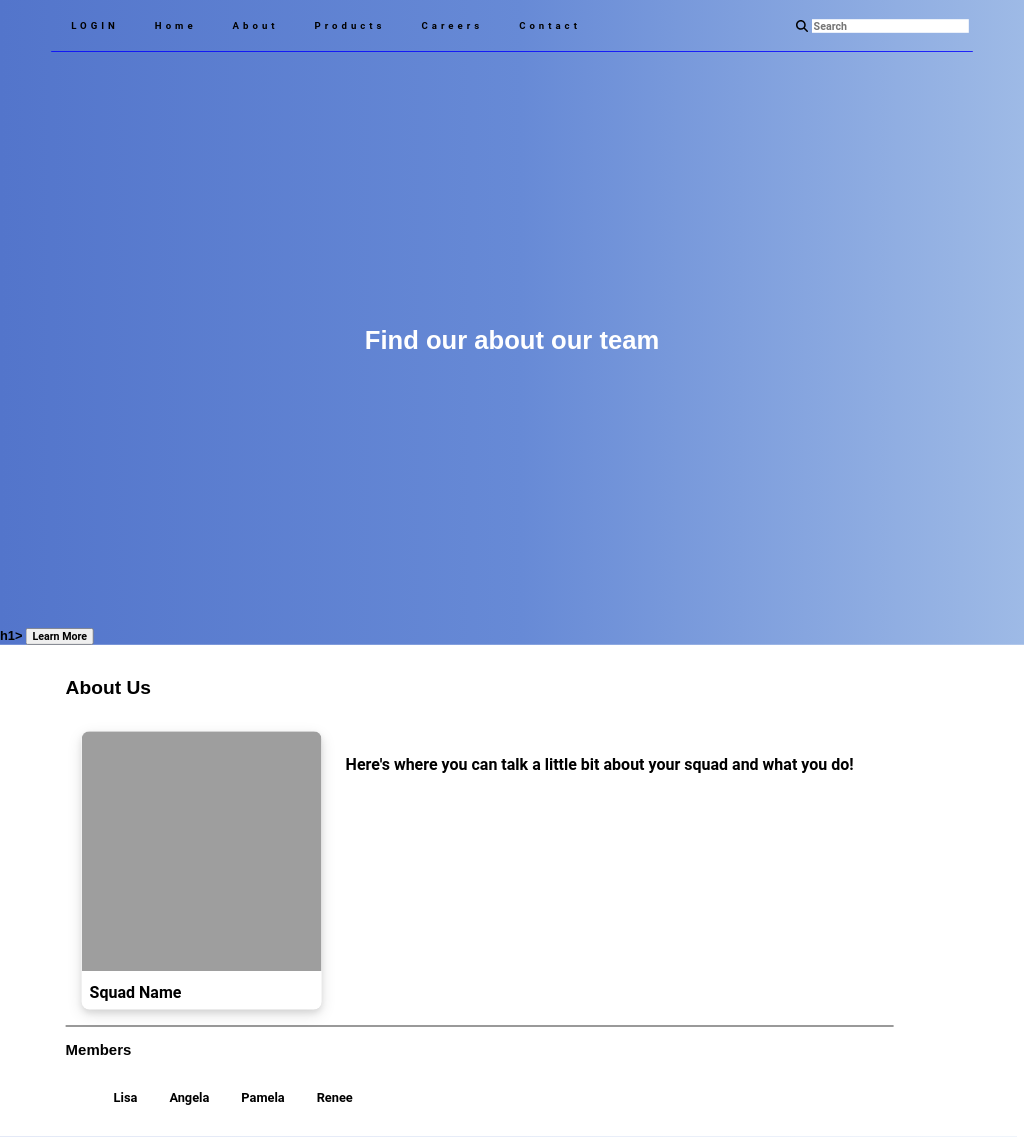
Repository: 365dayschallenge/interface_uniliver
Page: careers.html
An editor plug-in stored every save of this project. The page is shown before and after the next save, followed by the edit.
The browser window is 1280 px wide. The pictures show the whole page, at 80% of full size.
Pictures or frames that could not be fetched are drawn as grey boxes. Some web fonts or font styles are not loaded; a fallback is used.

Above is the page before, as saved 2022-12-19 15:16:45.

### careers.html
<!DOCTYPE html>
<!DOCTYPE html>
<html>
<head>
<title>Careers</title>
<meta charset="UTF-8">
<meta name="viewport" content="width=device-width, initial-scale=1">
<link rel="stylesheet" href="./css/careers.css">
<link rel="stylesheet" href="./styles.css">
</head>
 <body>
     <nav class="navbar">
      <ul class="nav-list">
        <li><a class="nav-links" href="./login.html">LOGIN</a></li>
        <li><a class="nav-links" href="./index.html">Home</a></li>
        <li><a class="nav-links" href="./about.html">About</a></li>
        <li><a class="nav-links" href="./product.html">Products</a></li>
        <li><a class="nav-links" href="./careers.html">Careers</a></li>
        <li><a class="nav-links" href="./contact.html">Contact</a></li>
      </ul>
      <div class="nav-search">
        <svg
          height="15"
          xmlns="http://www.w3.org/2000/svg"
          viewBox="0 0 512 512"
        >
          <!--! Font Awesome Pro 6.2.1 by @fontawesome - https://fontawesome.com License - https://fontawesome.com/license (Commercial License) Copyright 2022 Fonticons, Inc. -->
          <path
            d="M416 208c0 45.9-14.9 88.3-40 122.7L502.6 457.4c12.5 12.5 12.5 32.8 0 45.3s-32.8 12.5-45.3 0L330.7 376c-34.4 25.2-76.8 40-122.7 40C93.1 416 0 322.9 0 208S93.1 0 208 0S416 93.1 416 208zM208 352c79.5 0 144-64.5 144-144s-64.5-144-144-144S64 128.5 64 208s64.5 144 144 144z"
          />
        </svg>
        <input class="search" type="text" placeholder="Search" />
      </div>
    </nav>
    <header>
      <h1>Find our about our team</header>h1>
      <a href="#about-us"><button>Learn More</button></a>
    </header>
    <section class="about" id="about-us">
      <div class="container">
        <h2>About Us</h2>
        <div class="info-boxes">
          <div class="squad-info">
            <!-- Replace this image with your squad photo -->
            <div class="profile">
              <img src="https://placekitten.com/300" alt="kitten" />
              <p>Squad Name</p>
            </div>

            <div class="squad-description">
              <p>
                Here's where you can talk a little bit about your squad and what
                you do!
              </p>
            </div>
          </div>
        </div>
        <div class="info-boxes">
          <div class="member-list">
            <h3>Members</h3>
            <ul>
              <li>Lisa</li>
              <li>Angela</li>
              <li>Pamela</li>
              <li>Renee</li>
            </ul>
          </div>
        </div>
      </div>
    </section>

  </body>
</html>

### css/careers.css
@font-face {
  font-family: 'Poppins';
  font-style: normal;
  font-weight: 400;
  font-display: swap;
  src: local('Poppins Regular'), local('Poppins-Regular'), url(https://fonts.gstatic.com/s/poppins/v6/pxiEyp8kv8JHgFVrJJfedw.ttf) format('truetype');
}
@font-face {
  font-family: 'Rubik';
  font-style: normal;
  font-weight: 400;
  font-display: swap;
  src: local('Rubik'), local('Rubik-Regular'), url(https://fonts.gstatic.com/s/rubik/v8/iJWKBXyIfDnIV7nBrXk.ttf) format('truetype');
}
html {
  font-size: 62.5%;
}
body {
  font-family: "Rubik", sans-serif;
  font-size: 1.6rem;
  background: #5375cb;
  background: linear-gradient(90deg, #5375cb 0%, #678ad6 51%, #9ebae6 100%);
  margin: 0;
}
h1,
h2,
h3,
h4,
h5,
h6 {
  font-family: "Poppins", sans-serif;
}
nav {
  display: flex;
  flex-direction: row;
  justify-content: flex-end;
  flex-wrap: wrap;
  width: 90%;
  margin: auto;
}
nav a {
  margin: 1rem;
  color: white;
  font-size: 1.8rem;
}
header {
  height: 100vh;
  display: flex;
  flex-direction: column;
  justify-content: center;
  flex-wrap: wrap;
  align-items: center;
}
header h1 {
  color: white;
  text-align: center;
  margin: 2rem auto;
}
header button {
  font-size: 2rem;
  border-radius: 1rem;
  cursor: pointer;
  padding: 2rem;
  outline: 0;
}
section {
  padding: 2rem;
  background-color: white;
}
section .container {
  width: 90%;
  margin: auto;
}
section .container h2 {
  margin: 2rem 0;
}
section .container .info-boxes .squad-info {
  display: flex;
  flex-direction: row;
  justify-content: center;
  flex-wrap: wrap;
  border-bottom: 1px solid black;
  padding: 2rem;
}
section .container .info-boxes .squad-info p {
  font-size: 2rem;
  margin: 1rem;
}
section .container .info-boxes .squad-info img {
  border-top-right-radius: 1rem;
  border-top-left-radius: 1rem;
}
section .container .info-boxes .squad-info .squad-description {
  margin: 2rem;
}
section .container .info-boxes .squad-info .profile {
  border-radius: 1rem;
  box-shadow: rgba(0, 0, 0, 0.1) 0 4px 8px 0, rgba(0, 0, 0, 0.11) 0 6px 20px 0;
}
section .container .info-boxes .member-list ul {
  display: flex;
  flex-direction: row;
  justify-content: center;
  flex-wrap: wrap;
}
section .container .info-boxes .member-list ul li {
  margin: 2rem;
}
footer .join {
  background-image: linear-gradient(90deg, #5375cb 0%, #678ad6 51%, #9ebae6 100%);
  margin: 0;
  padding: 2rem 0;
  text-align: center;
  width: 100%;
  display: flex;
  flex-direction: row;
  justify-content: center;
  flex-wrap: wrap;
}
footer .join a {
  color: white;
  font-size: 2.1rem;
}
footer .join img {
  margin: 0 2rem;
}

### styles.css
* {
  font-family: "Roboto", sans-serif;
  font-weight: 600;
}
.navbar {
  border: 0;
  border-radius: 0;
  justify-content: space-between;
  align-items: center;
  margin-bottom: 0;
  border-bottom: 1px solid blue;
  display: flex;
}
.nav-list {
  display: flex;
  list-style: none;
  margin: 0;
  flex-wrap: wrap;
  padding: 0;
}
.nav-links {
  font-size: 12px;
  padding: 15px;
  letter-spacing: 5px;
  margin-right: 5px;
  font-size: 12px;
  letter-spacing: 5px;

  display: flex;
}
ul {
  list-style: none;
  margin: 0;
  flex-wrap: wrap;
}
a {
  text-decoration: none;
  color: #000;
}

.nav-search {
  display: flex;
  align-items: center;
  justify-content: center;
  margin-right: 5px;
}
.nav-links:hover {
  background-color: gray;
  color: white;
}
.search {
  outline: none;
  border: none;
  margin-left: 5px;
}
.search:focus {
  border: 1px solid blue;
}

.banner {
  background: rgb(163, 163, 223);
  background: linear-gradient(
    90deg,
    rgba(163, 163, 223, 1) 26%,
    rgba(0, 212, 255, 1) 29%,
    rgba(144, 138, 255, 1) 77%
  );
  color: #fff;
  display: flex;
}
.banner-details {
  display: flex;
  justify-content: center;
  align-items: center;
  padding-right: 50px;
  text-align: justify;
  margin: 0 auto;
}
.banner-text {
  font-size: 20px;
  font-weight: 600;
  letter-spacing: 2px;
  margin: 0;
  padding-left: 10%;
}

.cards {
  margin-top: 10px;
  display: flex;
  width: 100%;
  flex-wrap: wrap;
}
.data-card {
  display: flex;
  flex-direction: column;
  width: 17%;
  color: #cf005c;
  overflow: hidden;
  border-radius: 0.5em;
  text-decoration: none;
  background: white;
  margin: 1em;
  padding: 2.75em 2.5em;
  text-align: right;
  align-items: right;
  box-shadow: 0 1.5em 2.5em -0.5em rgba(#000000, 0.1);
}
.card-icon {
  display: flex;
  flex-direction: col-reverse;
}

.number {
  font-size: 3.5em;
  font-weight: 600;
  text-align: center;
}
.subheading {
  font-size: 1.5em;
  font-weight: 600;
  text-align: center;
  margin-top: -2.5em;
}
.description {
  font-size: 0.8em;
  font-weight: 600;
  margin-top: -1em;
  text-align: center;
}
.specific-card {
  background-color: #cf005c;
  margin: 0.5px;
  color: #fefefe;
  justify-content: center;
  align-items: center;
  padding: 0 1.5rem;
  width: 20%;
}
.specific-card:hover {
  background-color: #f6a6ca;
}

.grid-box {
  display: grid;
  grid-template-columns: auto auto auto;
  padding: 10px;
}
.box-heading {
  font-size: 2.4em;
  font-weight: 600;
  margin: 0;
  color: blue;
  padding-left: 10%;
}

.box-description {
  font-size: 0.9em;
  margin: 0;
  padding-left: 10%;
}
.grid-specific-boxes {
  display: flex;
  flex-direction: column;
  padding: 10px 10px;
  margin: 10px;
}
.grid-specific-boxes:hover {
  background-color: blue;
color: white;
}
.grid-specific-boxes:hover > .box-heading, .box-links{
  color:white;
}
footer {
  display: flex;
  justify-content: space-between;
  margin-bottom: 0;
  background-color: gray;
  padding: 30px;
}
.footer-links {
  display: flex;
  justify-content: space-between;
  align-items: center;
  margin-bottom: 0;
  padding: 0 10%;
}
.btn {
  border: none;
  color: white;
  padding: 15px 32px;
  text-align: center;
  text-decoration: none;
  display: inline-block;
  font-size: 16px;
  margin: 4px 2px;
  cursor: pointer;
}
.footer-a {
  line-height: 2;
  color: white;
}
.footer-text {
  color: white;
  font-size: 12px;
  line-height: 2;
}

.footer-form {
  padding: 10px 15px;
  border-radius: 5px;
  border: 0;
  mergin: 45px;
}
.icons {
  display: flex;
  justify-content: space-between;
  width: 45%;
  margin-top: 10px;
  color: white;
}
.link {
  color: purple;
  padding: 10px 10px;
  margin-left: 30px;
}



.navbar {
    border: 0;
    border-radius: 0;
    justify-content: space-between;
    align-items: center;
    margin-bottom: 0;
    border-bottom: 1px solid blue;
    display: flex;
  }
  .nav-list {
    display: flex;
    list-style: none;
    margin: 0;
    flex-wrap: wrap;
    padding: 0;
  }
  .nav-links {
    font-size: 12px;
    padding: 15px;
    letter-spacing: 5px;
    margin-right: 5px;
    font-size: 12px;
    letter-spacing: 5px;
    text-decoration: none;
    color: #000;
    display: flex;
  }
  a:hover {
    background-color: gray;
    color: white;
  }
  .nav-search {
    display: flex;
    align-items: center;
    justify-content: center;
    margin-right: 5px;
  }
  .nav-links:hover {
    background-color: gray;
    color: white;
  }
  .search {
    outline: none;
    border: none;
    margin-left: 5px;
  }
  .search:focus {
    border: 1px solid blue;
  }

  .container{
    display: flex;
    flex-wrap: wrap;
    justify-content: space-between;
    align-items: center;
    margin: 0 auto;
    width: 100%;
    max-width: 1200px;
  }


  .hero-section{
    display: flex;
    flex-wrap: wrap;
    align-items: center;
    margin: 0 auto;
    margin-top: 10vh;
    color: white;
    width: 100%;
    max-width: 1200px;
  }
  .hero-section img{
    z-index: -1;
  }

  .blue-box{
    background-color: rgb(32, 54, 198);
    margin-right: -5vw;
    z-index: 1;
    padding: 20px;
  }
  .blue-box h1{
    text-decoration: underline;
    font-size: 2.5rem;
    font-weight: 700;
  }

.main-section{
    display: flex;
    flex-direction: row;
}

.main-section-header{
    color: #2036c7;
}
.brands{
    width: 20vw;
    margin: 15px;

}


.brands h4{
    color: #2036c7;
    font-size: 1.2rem;
}
.brands img{
    max-width: 100%;
}

After the next save:
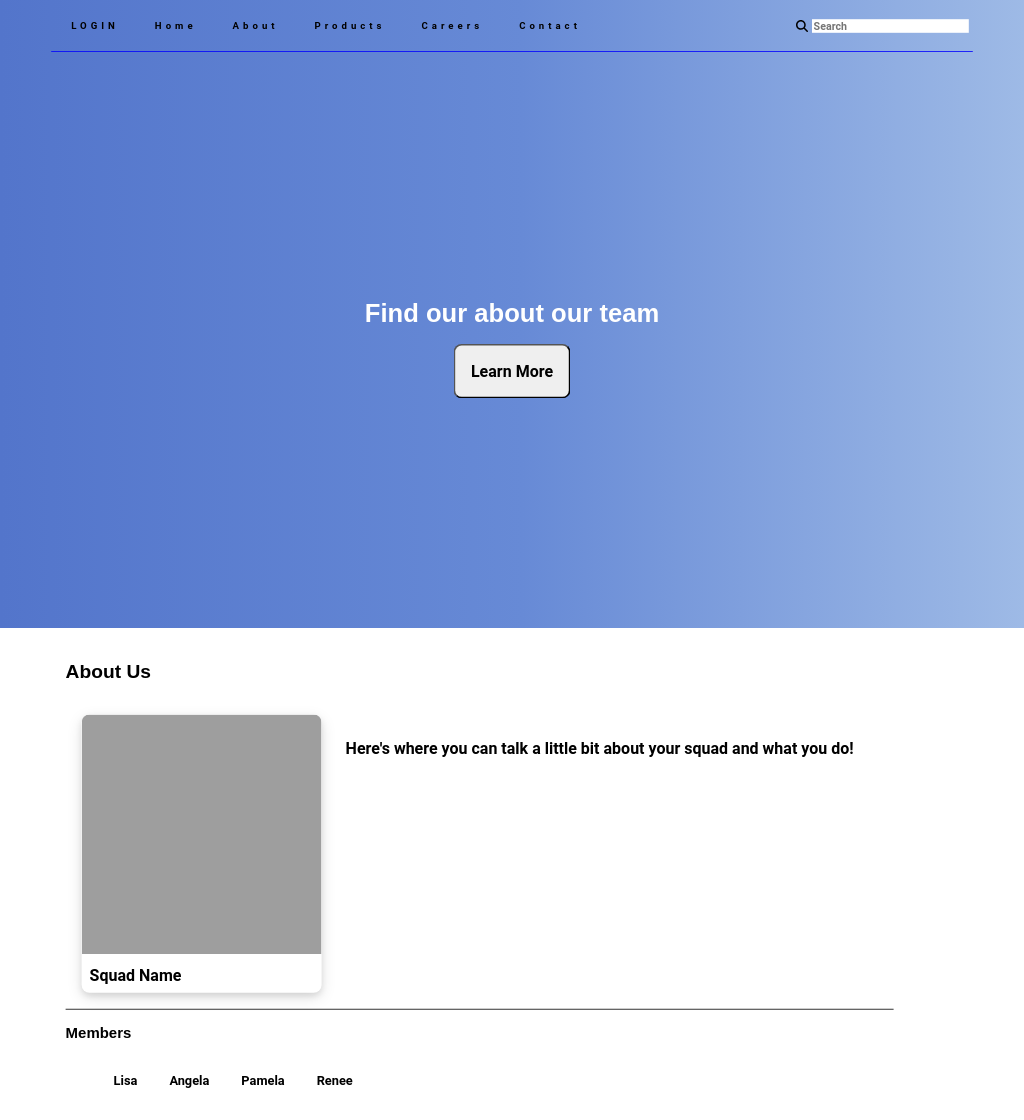
Saved 10 s later.
--- a/careers.html
+++ b/careers.html
@@ -33,7 +33,7 @@
       </div>
     </nav>
     <header>
-      <h1>Find our about our team</header>h1>
+      <h1>Find our about our team</h1>
       <a href="#about-us"><button>Learn More</button></a>
     </header>
     <section class="about" id="about-us">
